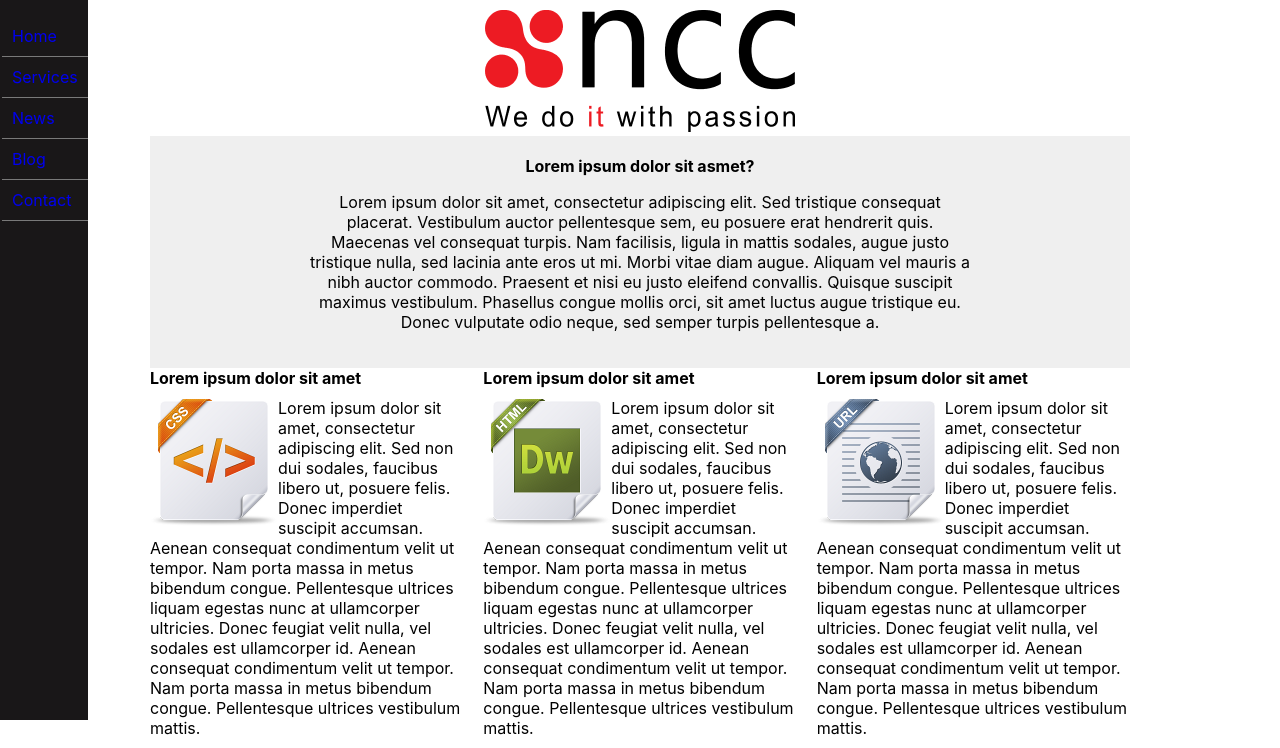
Repository: nganha241/testt
Page: /
An editor plug-in stored every save of this project. The page is shown before and after the next save, followed by the edit.
The browser window is 1280 px wide. The pictures show the whole page.
The project was rebuilt for these pictures with package versions that can differ from the ones it lists, and the page was loaded fresh each time.

Above is the page before, as saved 2023-02-28 11:39:26.

After the next save:
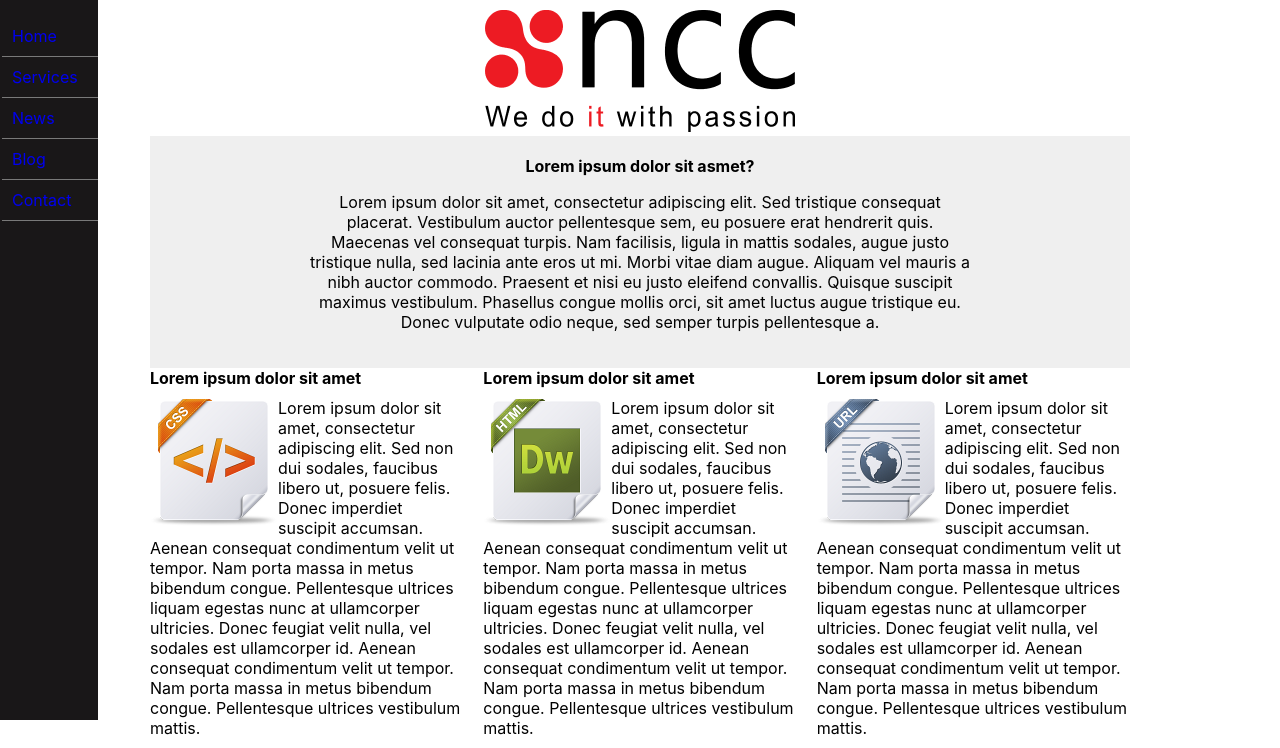
Saved 15 s later.
--- a/src/pages/Navbar/Navbar.css
+++ b/src/pages/Navbar/Navbar.css
@@ -12,7 +12,7 @@
 .nav-content li {
   border-bottom: 1px solid;
   list-style-type: none;
-  padding: 10px;
+  padding: 10px 20px 10px 10px;
 }
 
 .nav-content li:hover {
